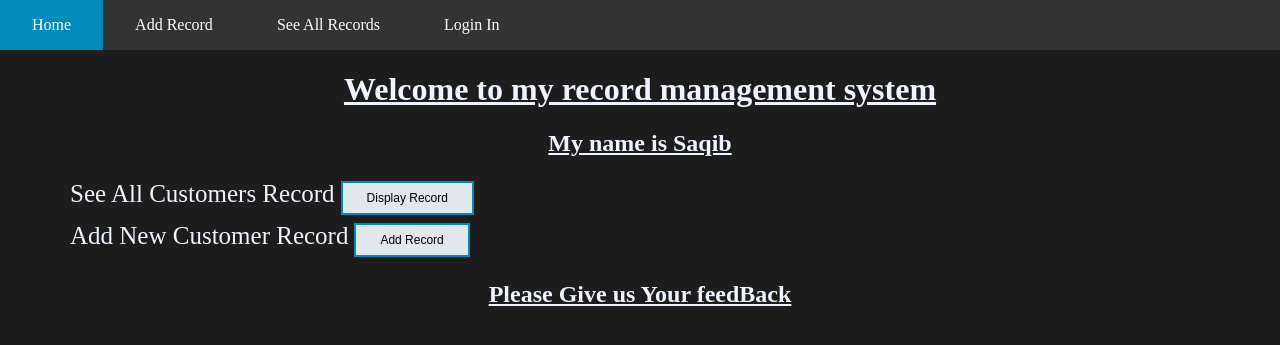
Repository: MUHAMMAD-SAQIB-2000/SpringBoot
Page: http://localhost/WebServiceRecordManagementSystem/home.jsp
These files come from the project's save history. The page is drawn as it stood at one moment and after the next save; the edit follows.
The browser window is 1280 px wide. The pictures show the whole page.
The page is served by Tomcat 9.

Above is the page before, as saved 2020-08-12 14:34:32.

After the next save:
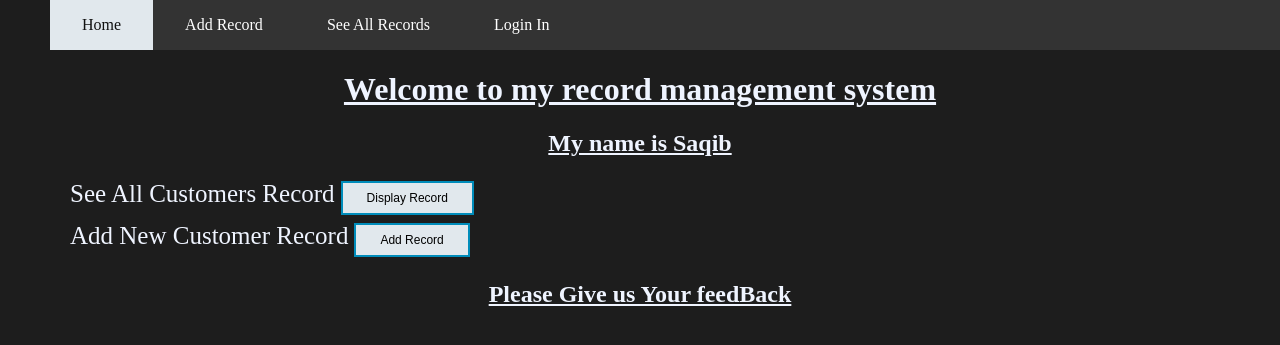
Saved 5 min 26 s later.
--- a/WebServiceRecordManagementSystem/src/main/webapp/style.css
+++ b/WebServiceRecordManagementSystem/src/main/webapp/style.css
@@ -9,6 +9,7 @@ body {
 ul {
 	list-style-type: none;
 	margin: 0;
+	margin-left:50px;
 	padding: 0;
 	overflow: hidden;
 	background-color: #333;
